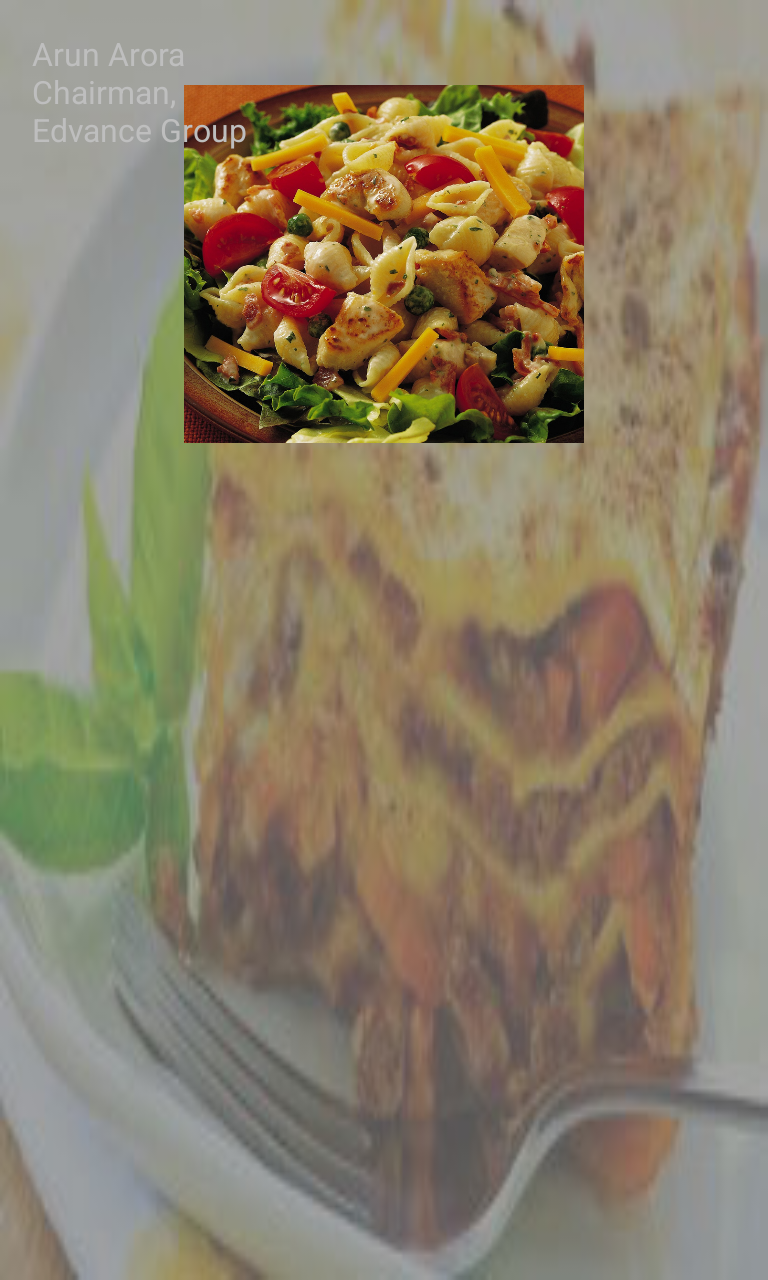
Repository: SubhaVasudevan/coday
Layout: MealsWithCare/res/layout/activity_main.xml
An editor plug-in stored every save of this project. The layout is shown before and after a run of saves, followed by the edit.
It is drawn on a 768 x 1280 px phone screen (xhdpi) without system bars, with theme android:Theme.NoTitleBar; the app's code is not run.

Above is the layout before, as saved 2014-11-01 00:36:38.

### MealsWithCare/res/layout/activity_main.xml
<RelativeLayout xmlns:android="http://schemas.android.com/apk/res/android"
    xmlns:tools="http://schemas.android.com/tools"
    android:layout_width="match_parent"
    android:layout_height="match_parent"
    android:background="@drawable/download"
    android:paddingBottom="@dimen/activity_vertical_margin"
    android:paddingLeft="@dimen/activity_horizontal_margin"
    android:paddingRight="@dimen/activity_horizontal_margin"
    android:paddingTop="@dimen/activity_vertical_margin"
    tools:context=".MainActivity" >

    <ImageView
        android:id="@+id/test_image"
        android:layout_width="200dp"
        android:layout_height="200dp"
        android:layout_alignParentTop="true"
        android:layout_centerHorizontal="true"
        android:layout_marginTop="16dp"
        android:src="@drawable/nutritiousmeals" />

    <TextView
        android:id="@+id/name1"
        android:layout_width="134dp"
        android:layout_height="wrap_content"
        android:layout_alignParentTop="true"
        android:text="Arun Arora Chairman, Edvance Group"
        android:textSize="16dp" />

</RelativeLayout>

Loaded but not shown: MealsWithCare/res/values/dimens.xml (common file)

After the next 2 saves:
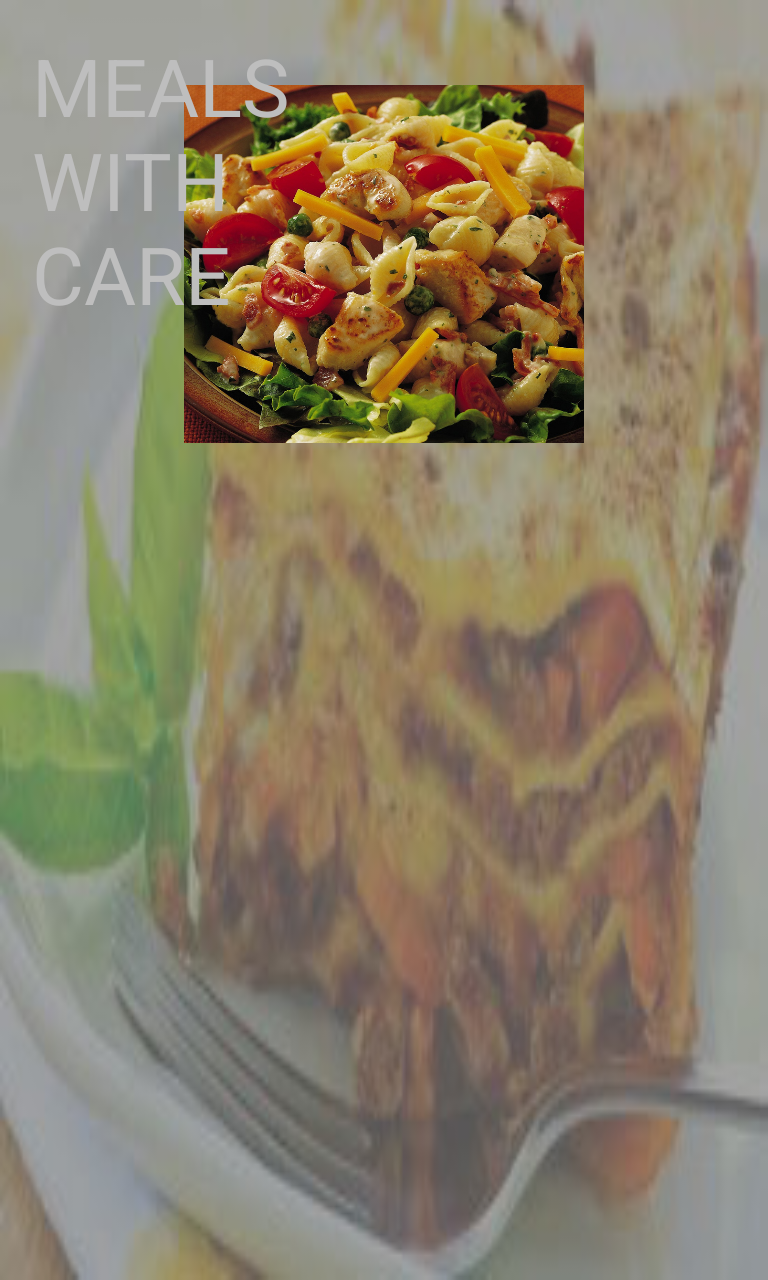
The 2 saves are shown as one change because they came seconds apart.
The last was saved 30 s later.
--- a/MealsWithCare/res/layout/activity_main.xml
+++ b/MealsWithCare/res/layout/activity_main.xml
@@ -23,7 +23,7 @@
         android:layout_width="134dp"
         android:layout_height="wrap_content"
         android:layout_alignParentTop="true"
-        android:text="Arun Arora Chairman, Edvance Group"
-        android:textSize="16dp" />
+        android:text="MEALS WITH CARE"
+        android:textSize="40dp" />
 
 </RelativeLayout>
